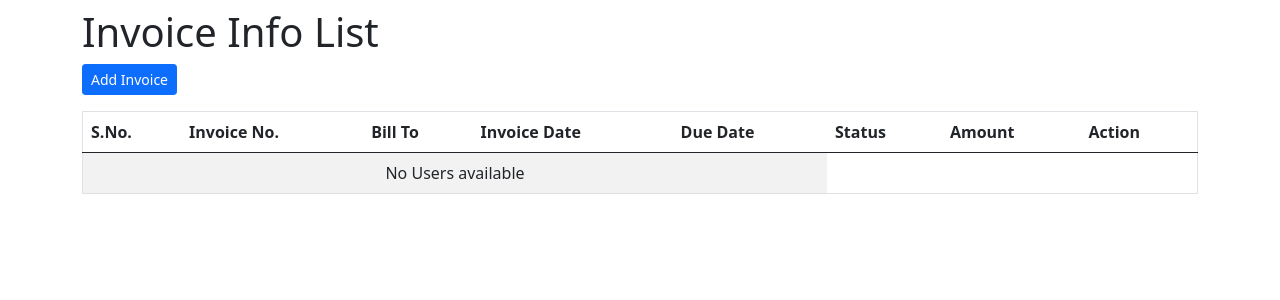
Repository: Aayush13013/Invoice_Management_app
Page: http://localhost/invoiceInfo/WEB-INF/jsp/Home.jsp
These files come from the project's save history. The page is drawn as it stood at one moment and after the next save; the edit follows.
The browser window is 1280 px wide. The pictures show the whole page.
The page is served by Tomcat 9. Nobody is signed in. Other server files are loaded and not shown. The template is opened directly, without the code that normally fills it, so the values that code supplies are empty.

Above is the page before, as saved 2021-12-28 15:34:15.

### invoiceInfo/invoiceInfo/src/main/webapp/WEB-INF/jsp/Home.jsp
<%@ page language="java" contentType="text/html; charset=ISO-8859-1"
	pageEncoding="ISO-8859-1"%>
<%@ taglib prefix="form" uri="http://www.springframework.org/tags/form"%>

<%@ taglib prefix="c" uri="http://java.sun.com/jsp/jstl/core"%>
<%@ taglib uri="http://www.springframework.org/tags" prefix="s"%>

<!doctype html>
<html lang="en" xmlns:th="http://www.thymeleaf.org">
<head>
<meta charset="UTF-8">
<meta name="viewport"
	content="width=device-width, user-scalable=no, initial-scale=1.0, maximum-scale=1.0, minimum-scale=1.0">
<meta http-equiv="X-UA-Compatible" content="ie=edge">
<title>Invoice Info List</title>
<link
	href="https://cdn.jsdelivr.net/npm/bootstrap@5.0.2/dist/css/bootstrap.min.css"
	rel="stylesheet"
	integrity="sha384-EVSTQN3/azprG1Anm3QDgpJLIm9Nao0Yz1ztcQTwFspd3yD65VohhpuuCOmLASjC"
	crossorigin="anonymous">
</head>
<body>
	<c:set value="${invoiceInfoList}" var="userPageList" />
	<div class="container my-2">
		<h1>Invoice Info List</h1>
		<a href="http://localhost:9191/openNewInvoiceInfoForm"
			class="btn btn-primary btn-sm mb-3">Add Invoice</a>
		<table border="1" class="table table-striped table-responsive-md">
			<thead>
				<tr>
					<th>S.No.</th>
					<th>Invoice No.</th>
					<th>Bill To</th>
					<th>Invoice Date</th>
					<th>Due Date</th>
					<th>Status</th>
					<th>Amount</th>
					<th>Action</th>
				</tr>
			</thead>

			<tbody>


				<c:choose>
					<c:when test="${data.size() > 0 }">
						<c:forEach var="invoiceInfo" items="${data}">
							<tr align="center">
								<td>${invoiceInfo.id}</td>
								<td>${invoiceInfo.invoiceNo}</td>
								<td>${invoiceInfo.billTo}</td>
								<td>${invoiceInfo.invoiceDate}</td>
								<td>${invoiceInfo.dueDate}</td>
								<td>${invoiceInfo.status}</td>
								<td>${invoiceInfo.grandTotal}</td>
								<td><a
									href="http://localhost:9191/editInvoiceForm/${invoiceInfo.id}"
									class="btn btn-primary">Edit</a> <a
									href="http://localhost:9191/deleteInvoiceByid/${invoiceInfo.id}"
									class="btn btn-danger">Delete</a></td>

							</tr>
						</c:forEach>
					</c:when>
					<c:otherwise>
						<tr align="center">
							<td colspan="5">No Users available</td>
						</tr>
					</c:otherwise>
				</c:choose>

				<c:if test="${data.size() > 0 }">
					<div class="panel-footer">

						<ul class="pagination">
							<c:forEach begin="0" end="${totalPages-1}" var="page">
								<li class="page-item"><a
									href="showInvoice?page=${page}&size=${size}" class="page-link">${page+1}</a>
								</li>
							</c:forEach>
						</ul>
					</div>
				</c:if>


			</tbody>
			<%-- <tbody>
				<c:forEach var="invoiceInfo" items="${InvoiceInfoList}">
					<tr>
						<td>${invoiceInfo.id}</td>
						<td>${invoiceInfo.invoiceNo}</td>
						<td>${invoiceInfo.billTo}</td>
						<td>${invoiceInfo.invoiceDate}</td>
						<td>${invoiceInfo.dueDate}</td>
						<td>${invoiceInfo.status}</td>
						<td>${invoiceInfo.grandTotal}</td>

						<td><a
							href="http://localhost:9191/editInvoiceForm/${invoiceInfo.id}"
							class="btn btn-primary">Edit</a> <a
							href="http://localhost:9191/deleteInvoiceByid/${invoiceInfo.id}"
							class="btn btn-danger">Delete</a></td>
					</tr>
				</c:forEach>
			</tbody> --%>
		</table>




	</div>
	<script type="text/javascript">


	function searchFunction() {

		  var input, filter, table, tr, td, i, txtValue;
		  input = document.getElementById("myInput");
		  filter = input.value.toUpperCase();
		  table = document.getElementById("myTable");
		  tr = table.getElementsByTagName("tr");


		  for (i = 0; i < tr.length; i++) {
		    td = tr[i].getElementsByTagName("td")[0];
		    if (td) {
		      txtValue = td.textContent || td.innerText;
		      if (txtValue.toUpperCase().indexOf(filter) > -1) {
		        tr[i].style.display = "";
		      } else {
		        tr[i].style.display = "none";
		      }
		    }
		  }
		}



	</script>
</body>
</html>

After the next save:
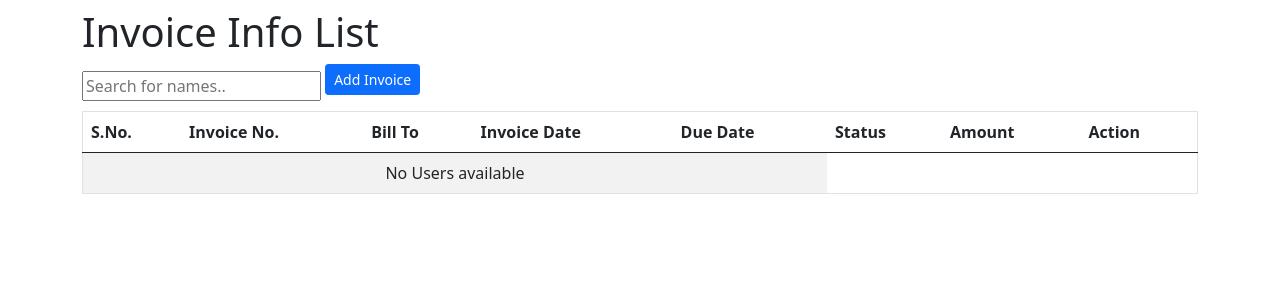
Saved 37 s later.
--- a/invoiceInfo/invoiceInfo/src/main/webapp/WEB-INF/jsp/Home.jsp
+++ b/invoiceInfo/invoiceInfo/src/main/webapp/WEB-INF/jsp/Home.jsp
@@ -23,6 +23,7 @@
 	<c:set value="${invoiceInfoList}" var="userPageList" />
 	<div class="container my-2">
 		<h1>Invoice Info List</h1>
+		<input type="text" id="myInput" onkeyup="myFunction()" placeholder="Search for names..">
 		<a href="http://localhost:9191/openNewInvoiceInfoForm"
 			class="btn btn-primary btn-sm mb-3">Add Invoice</a>
 		<table border="1" class="table table-striped table-responsive-md">
